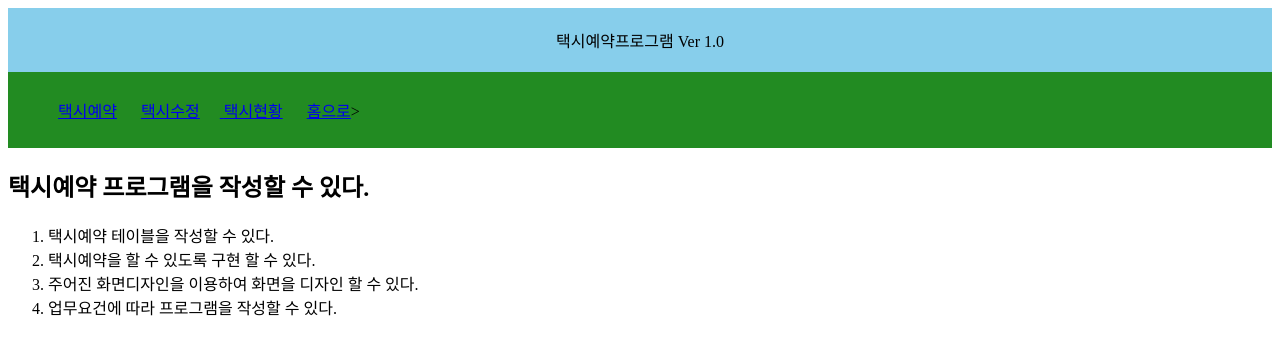
Repository: khs220507/WebClass
Page: http://localhost/prj0829_taxi_practice/
The author's editor kept a copy of each file at every save. The page is drawn from the files as they stood at one save, then again after the next save.
The browser window is 1280 px wide. The pictures show the whole page.
The page is served by Tomcat 9.

Above is the page before, as saved 2023-08-29 04:58:57.

After the next save:
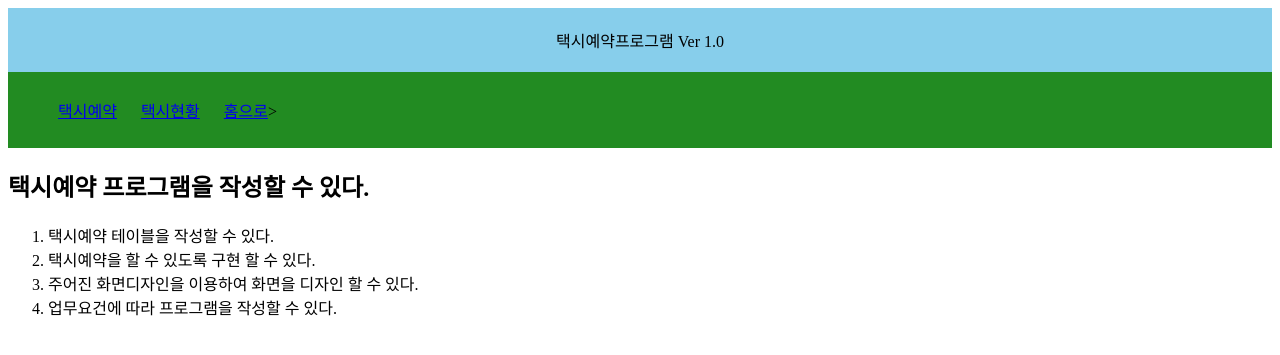
Saved 13 min 2 s later.
--- a/prj0829_taxi_practice/src/main/webapp/index.jsp
+++ b/prj0829_taxi_practice/src/main/webapp/index.jsp
@@ -16,7 +16,6 @@
 <nav>
 <ul>
 <li><a href="register_taxi.html">택시예약</a></li>
-<li><a href="updateForm.jsp">택시수정</li>
 <li><a href="list.jsp">택시현황</a></li>
 <li><a href="index.jsp">홈으로</a>></li>
 </ul>
